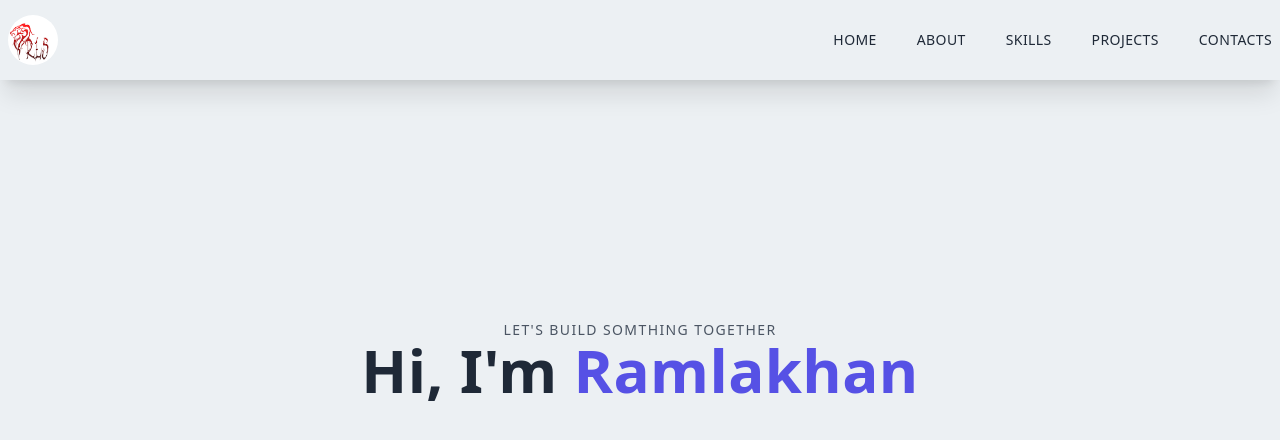
Repository: ram2642/portfolio-using-next-js
Page: /
The author's editor kept a copy of each file at every save. The page is drawn from the files as they stood at one save, then again after a run of saves.
The browser window is 1280 px wide. The pictures show the whole page.
The project was rebuilt for these pictures with package versions that can differ from the ones it lists, and the page was loaded fresh each time. The framework's server and built-in components were replaced by stand-ins that run in the browser. Also part of the build but not shown: next.config.js.

Above is the page before, as saved 2022-09-04 01:50:41.

### pages/index.js
// import { Main } from 'next/document'
import Head from 'next/head'
import Image from 'next/image'
import Main from '../components/Main'
import Navbar from '../components/Navbar'


export default function Home() {
  return (
    <div className="">
      <Head>
        <title>Ramlakhan | Front-End Developer</title>
        <meta name="description" content="Generated by create next app" />
        <link rel="icon" href="/favicon.ico" />
      </Head>
      <Navbar/>
      <Main/>

    </div>
  )
}

### styles/globals.css
@tailwind base;
@tailwind components;
@tailwind utilities;


@layer base {
  body {
    @apply bg-[#ecf0f3] text-[#1f2937] tracking-wide
  }
  h1, h2, h3, h4, h5, h6 {
    @apply font-bold;
  }
  h1 {
    @apply text-4xl sm:text-5xl md:text-6xl;
  }
  h2 {
    @apply text-3xl sm:text-4xl;
  }
  li {
    @apply cursor-pointer;
  }
  button {
    @apply shadow-xl shadow-gray-400 rounded-xl uppercase bg-gradient-to-r from-[#5651e5] to-[#709dff] text-white
  }
  }

### components/Main.jsx
import React from 'react'

const Main = () => {
  return (
    <div className='w-full h-screen text-center'>
   <div className='max-w-[1240px] w-full h-full mx-auto p-2 flex justify-center items-center'>
    <div>
      <p className='uppercase text-sm tracking-widest text-gray-600'>Let's build somthing together</p>
      <h1>
        Hi, I'm <span className='text-[#5651e5]'> Ramlakhan</span>
      </h1>
    </div>

   </div>
    </div>
  )
}

export default Main

### components/Navbar.jsx
import Image from "next/image";
import React, { useState } from "react";
import Link from "next/link";
import { AiOutlineClose, AiOutlineMenu, AiOutlineMail } from "react-icons/ai";
import { FaLinkedinIn, FaGithub } from "react-icons/fa";
import { BsFillPersonLinesFill } from "react-icons/bs";

const Navbar = () => {
  const [nav, setNav] = useState(false);

  const handleNav = () => {
    setNav(!nav);
  };
  return (
    <div className="fixed w-full h-20 shadow-xl z-[100]">
      <div className="flex justify-between items-center w-full h-full px-2 2xl:px-16">
        <Image
          className="rounded-full cursor-pointer"
          src="data:[embedded picture, 6010 characters]"
          alt=""
          width="50"
          height="50"
        />
        <div>
          <ul className="hidden md:flex">
            <Link href="/">
              <li className="ml-10 text-sm uppercase hover:border-b">Home</li>
            </Link>
            <Link href="/">
              <li className="ml-10 text-sm uppercase hover:border-b">About</li>
            </Link>
            <Link href="/">
              <li className="ml-10 text-sm uppercase hover:border-b">Skills</li>
            </Link>
            <Link href="/">
              <li className="ml-10 text-sm uppercase hover:border-b">
                Projects
              </li>
            </Link>
            <Link href="/">
              <li className="ml-10 text-sm uppercase hover:border-b">
                Contacts
              </li>
            </Link>
          </ul>
          <div onClick={handleNav} className="md:hidden cursor-pointer">
            <AiOutlineMenu size={25} />
          </div>
        </div>
      </div>
      <div className={nav ? 'md:hidden fixed left-0 top-0 w-full h-screen bg-black/70' : ''}>
        <div className={nav ? "fixed left-0 top-0 w-[75%] sm:w-[60%] md:w-[45%] h-screen bg-[#ecf0f3] p-10 ease-in duration-500" : "fixed left-[-100%] top-0  p-10 ease-in duration-500"}>
          <div>
            <div className="flex w-full items-center justify-between">
              <Image
                className="rounded-full cursor-pointer"
                src="data:[embedded picture, 6010 characters]"
                alt=""
                width="50"
                height="50"
              />
              <div onClick={handleNav} className="rounded-full shadow-lg shadow-gray-400 p-3 cursor-pointer">
                <AiOutlineClose />
              </div>
            </div>
            <div className="border-b border-gray-300 my-4">
              <p className="w-[85%] md:w-[905] PY-4">
                Let's builds something legendary together
              </p>
            </div>
          </div>
          <div className="py-4 flex flex-col">
            <ul className="uppercase">
              <Link href="/">
                <li className="py-4 text-sm">Home</li>
              </Link>
              <Link href="/">
                <li className="py-4 text-sm">About</li>
              </Link>
              <Link href="/">
                <li className="py-4 text-sm">Skills</li>
              </Link>
              <Link href="/">
                <li className="py-4 text-sm">Projects</li>
              </Link>
              <Link href="/">
                <li className="py-4 text-sm">Contacts</li>
              </Link>
            </ul>
            <div className="pt-40">
              <p className="uppercase tracking-widest text-[#5651e5]">
                Let's Connect
              </p>
              <div className="flex items-center justify-between my-4 w-full sm:w-[80%]">
                <div className="rounded-full shadow-lg shadow-gray-400 p-3 cursor-pointer hover:scale-105 ease-in duration-300">
                  <FaLinkedinIn />
                </div>
                <div className="rounded-full shadow-lg shadow-gray-400 p-3 cursor-pointer hover:scale-105 ease-in duration-300">
                  <FaGithub />
                </div>
                <div className="rounded-full shadow-lg shadow-gray-400 p-3 cursor-pointer hover:scale-105 ease-in duration-300">
                  <AiOutlineMail />
                </div>
                <div className="rounded-full shadow-lg shadow-gray-400 p-3 cursor-pointer hover:scale-105 ease-in duration-300">
                  <BsFillPersonLinesFill />
                </div>
              </div>
            </div>
          </div>
        </div>
      </div>
    </div>
  );
};

export default Navbar;

Loaded but not shown: pages/_app.js (common file); tailwind.config.js (common file)

After the next 2 saves:
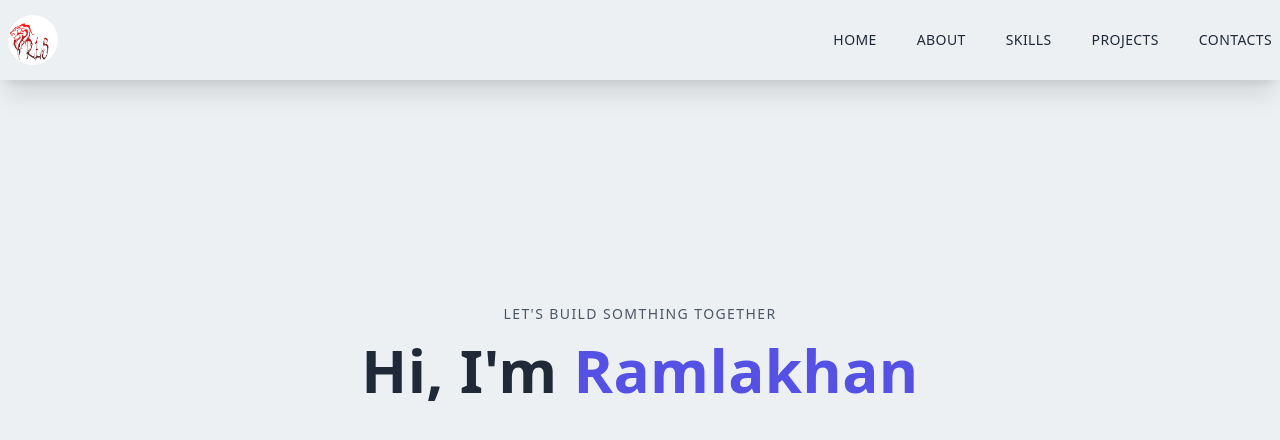
The 2 saves are shown as one change because they came seconds apart.
The last was saved 40 s later.
--- a/components/Main.jsx
+++ b/components/Main.jsx
@@ -6,7 +6,7 @@ const Main = () => {
    <div className='max-w-[1240px] w-full h-full mx-auto p-2 flex justify-center items-center'>
     <div>
       <p className='uppercase text-sm tracking-widest text-gray-600'>Let's build somthing together</p>
-      <h1>
+      <h1 className='py-4 '>
         Hi, I'm <span className='text-[#5651e5]'> Ramlakhan</span>
       </h1>
     </div>
